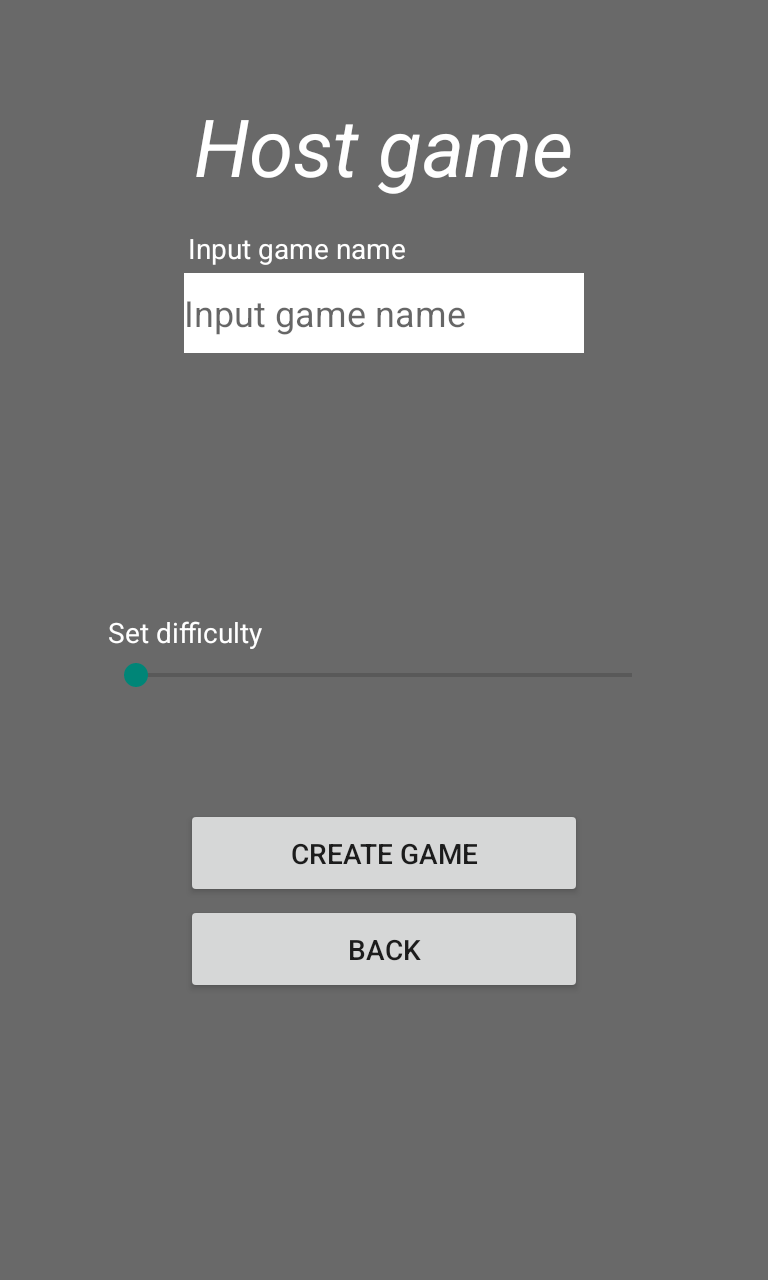
Repository: Hannanina/GuessTag
Layout: GuessTag/res/layout/activity_host.xml
The author's editor kept a copy of each file at every save. The layout is drawn from the files as they stood at one save, then again after the next save.
It is drawn on a 768 x 1280 px phone screen (xhdpi) without system bars, with theme AppTheme; the app's code is not run.

Above is the layout before, as saved 2014-12-08 10:41:00.

After the next save:
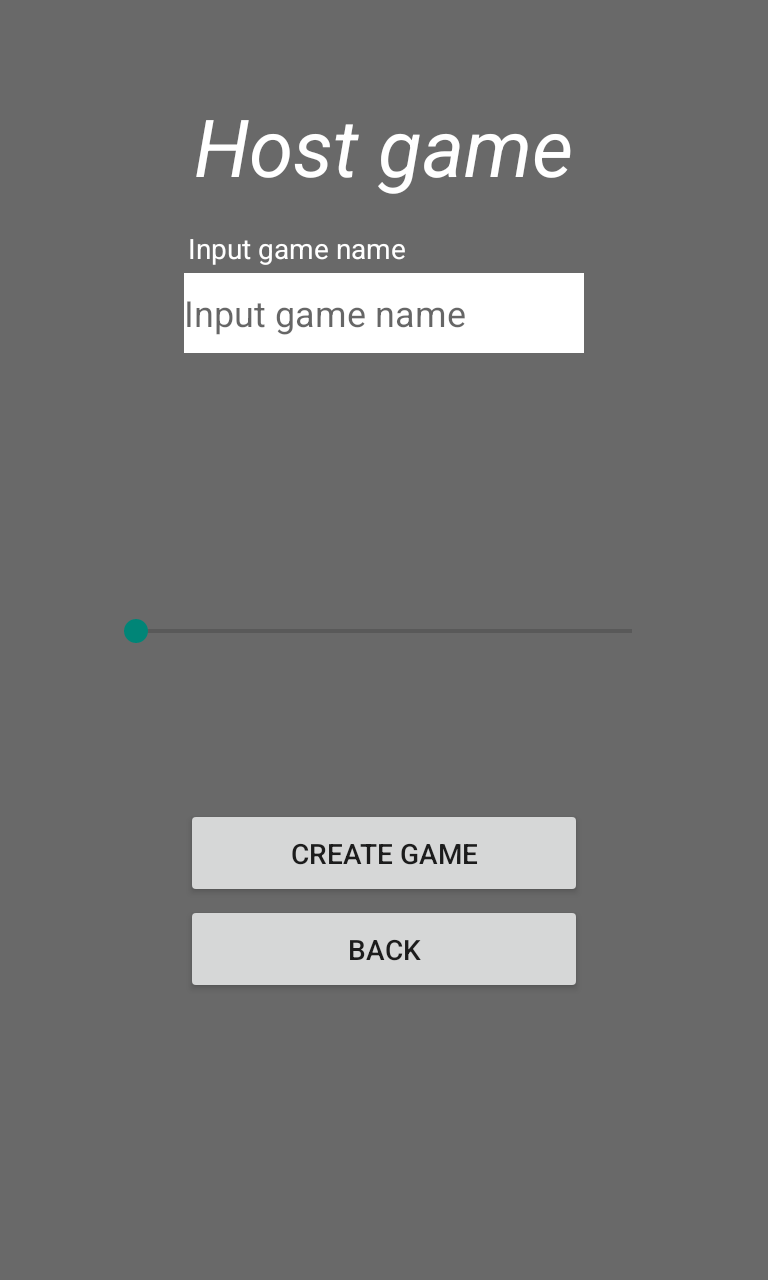
Saved 13 s later.
--- a/GuessTag/res/layout/activity_host.xml
+++ b/GuessTag/res/layout/activity_host.xml
@@ -63,16 +63,6 @@
         android:layout_height="96dp"
         android:layout_gravity="center" >
 
-        <TextView
-        	android:id="@+id/difficulty_setting_instruction"
-        	android:layout_width="wrap_content"
-	    	android:layout_height="wrap_content"
-	    	android:layout_marginLeft="2dp"
-	    	android:layout_marginBottom="3dp"
-	    	android:text="@string/difficulty_setting_instruction"
-	    	android:textColor="@color/White">
-    	</TextView>
-
         <SeekBar
             android:layout_width="match_parent"
             android:layout_height="wrap_content" >
